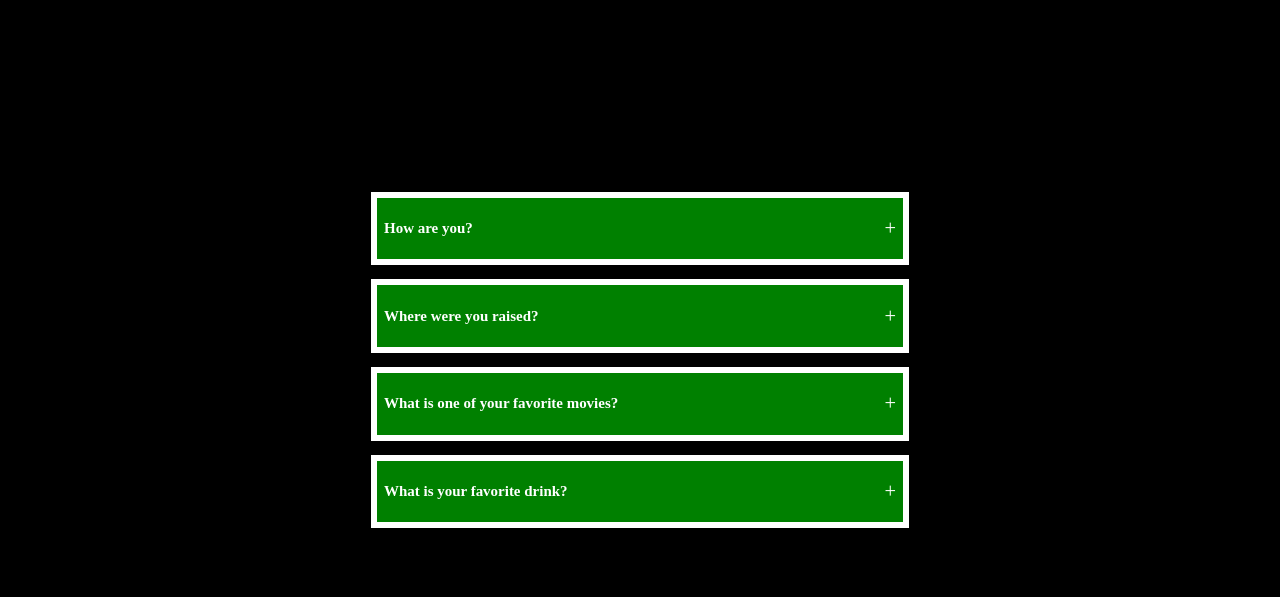
Repository: kosenijr/react-projects
Page: / (app in accordion/)
An editor plug-in stored every save of this project. The page is shown before and after the next save, followed by the edit.
The browser window is 1280 px wide. The pictures show the whole page.
The project was rebuilt for these pictures with package versions that can differ from the ones it lists, and the page was loaded fresh each time.

Above is the page before, as saved 2024-03-02 23:38:55.

### accordion/src/App.js
import React from "react";
import "./App.css";
import SingleSelection from "./components/SingleSelection";

function App() {
  return (
    <div className="App">
      <SingleSelection />
    </div>
  );
}

export default App;

### accordion/src/components/SingleSelection.js
import React, { useState } from "react";
import "../styles/SingleSelection.css";
import data from "../data";

function Accordion() {
  // setting up useState
  const [selected, setSelected] = useState(null);
  // setting up handling
  const handleSingleSelection = (getCurrentId) => {
    console.log(selected, getCurrentId);
    // setSelected(getCurrentId === selected ? null : getCurrentId); // keep add condition for closure
    setSelected(selected !== getCurrentId ? getCurrentId : null);
  };

  return (
    <div className="wrapper">
      {/* single selection accordion */}
      <div className="accordion">
        {data && data.length > 0 ? (
          data.map((dataItem) => (
            <div className="item" key={dataItem.id}>
              {" "}
              {/* always remember to add key */}
              <div className="title">
                <h3>{dataItem.question}</h3>
                <span onClick={() => handleSingleSelection(dataItem.id)}>{selected === dataItem.id ? "-" : "+"}</span>
              </div>
              {selected === dataItem.id ? (
                <div className="content ">{dataItem.jargon}</div>
              ) : null}
            </div>
          ))
        ) : (
          <div>No data found!</div>
        )}
      </div>
    </div>
  );
}

export default Accordion;

### accordion/src/styles/SingleSelection.css
.wrapper {
  display: flex;
  justify-content: center;
  align-items: center;
  height: 100vh;
  width: 100vw;
  background-color: black;
  color: white;
}

.item {
  background-color: green;
  color: white;
  font-size: 0.8em;
  font-family: "Raleway", "Times New Roman";
  margin: 2vh 0;
  padding: 1vh;
  width: 40vw;
  border: 0.5em solid white;
  cursor: pointer;
}

.title {
  display: flex;
  justify-content: space-between;
  align-items: center;
}

span {
  font-size: 1.6em;;
}

.content {
  font-size: 1.2em;
  font-family:  "Raleway", "Times New Roman";
  font-weight: 600;
}

### accordion/src/data.js
const data = [
  {
    id: 1,
    question: "How are you?",
    answer: "I am well!",
    jargon: "Utilizing a microservices architecture with containerization via Kubernetes orchestration, our DevOps team employs continuous integration and delivery pipelines to streamline software deployment workflows."
  },

  {
    id: 2,
    question: "Where were you raised?",
    answer: "I was raised in Queens.",
    jargon: "Utilizing a microservices architecture with containerization via Kubernetes orchestration, our DevOps team employs continuous integration and delivery pipelines to streamline software deployment workflows."
  },

  {
    id: 3,
    question: "What is one of your favorite movies?",
    answer: "Harlem Nights",
    jargon: "Utilizing a microservices architecture with containerization via Kubernetes orchestration, our DevOps team employs continuous integration and delivery pipelines to streamline software deployment workflows."
  },

  {
    id: 4,
    question: "What is your favorite drink?",
    answer: "Water",
    jargon: "Utilizing a microservices architecture with containerization via Kubernetes orchestration, our DevOps team employs continuous integration and delivery pipelines to streamline software deployment workflows."
  },
];

export default data;

Loaded but not shown: accordion/public/index.html (common file); accordion/src/index.js (common file); accordion/src/index.css (common file); accordion/src/reportWebVitals.js (common file); accordion/src/App.css (common file)

After the next save:
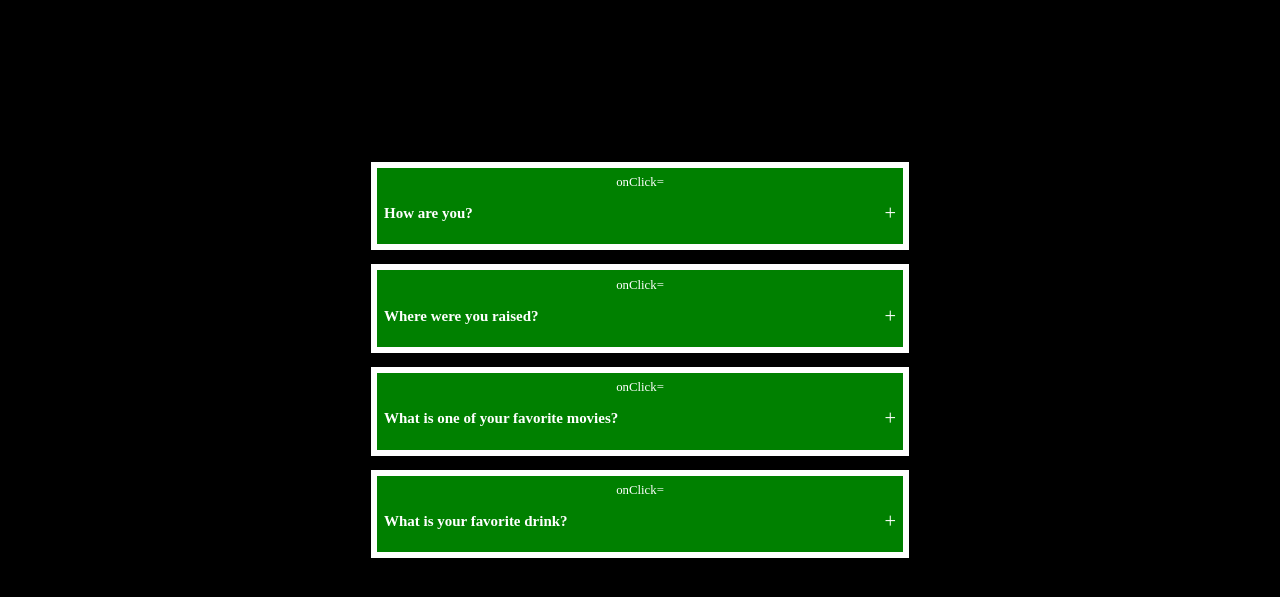
Saved 30 s later.
--- a/accordion/src/components/SingleSelection.js
+++ b/accordion/src/components/SingleSelection.js
@@ -18,12 +18,12 @@
       <div className="accordion">
         {data && data.length > 0 ? (
           data.map((dataItem) => (
-            <div className="item" key={dataItem.id}>
-              {" "}
+            <div className="item" key={dataItem.id} onClick={() => handleSingleSelection(dataItem.id)}>
+              {" "} onClick={() => handleSingleSelection(dataItem.id)}
               {/* always remember to add key */}
               <div className="title">
                 <h3>{dataItem.question}</h3>
-                <span onClick={() => handleSingleSelection(dataItem.id)}>{selected === dataItem.id ? "-" : "+"}</span>
+                <span>{selected === dataItem.id ? "-" : "+"}</span>
               </div>
               {selected === dataItem.id ? (
                 <div className="content ">{dataItem.jargon}</div>

After the save that followed:
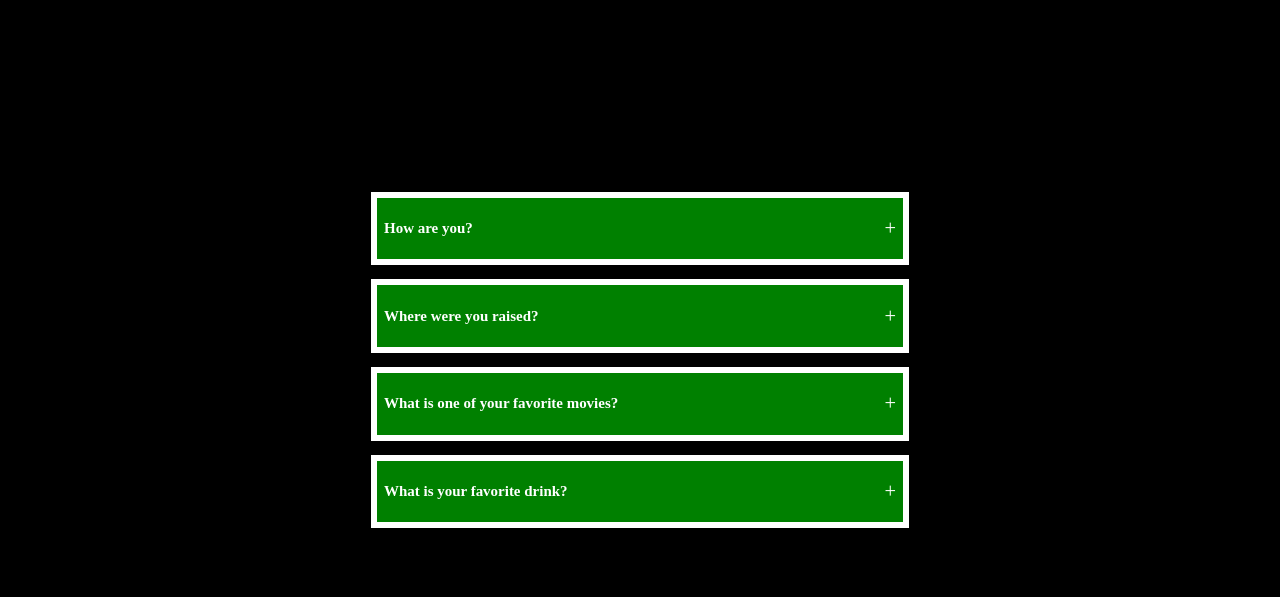
Saved 14 s later.
--- a/accordion/src/components/SingleSelection.js
+++ b/accordion/src/components/SingleSelection.js
@@ -18,8 +18,8 @@
       <div className="accordion">
         {data && data.length > 0 ? (
           data.map((dataItem) => (
-            <div className="item" key={dataItem.id} onClick={() => handleSingleSelection(dataItem.id)}>
-              {" "} onClick={() => handleSingleSelection(dataItem.id)}
+            <div className="item" key={dataItem.id}>
+              {" "}
               {/* always remember to add key */}
               <div className="title">
                 <h3>{dataItem.question}</h3>
